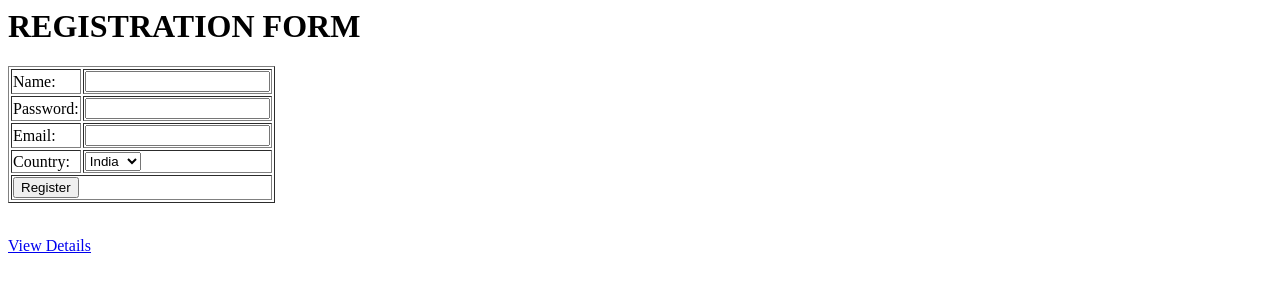
Repository: ErNitesh-d/java-program
Page: JAVA PROJECTS/New_Servl/WebContent/register.html
An editor plug-in stored every save of this project. The page is shown before and after the next save, followed by the edit.
The browser window is 1280 px wide. The pictures show the whole page.

Above is the page before, as saved 2022-09-30 16:04:34.

### JAVA PROJECTS/New_Servl/WebContent/register.html
<html>
<head>
<meta charset="ISO-8859-1">
<title> program </title>
</head>
<body>
<h1> REGISTRATION FORM </h1>
<form action="Register" method ="post" >
<table Border="1">
<tr>
 		<td> Name:</td>
 		<td><input type="text" name="name"/> </td>
</tr>
<tr>
 		<td> Password:</td>
 		<td> <input type="password" name="password"/> </td>
</tr>
<tr>
 		<td> Email:</td>
 		<td> <input type="email" name="email"/> </td>
</tr>
<tr>
<td>Country:</td>
<td>
		<select name="country">
		<option>India</option>
		<option>USA</option>
		<option>UK</option>
		 <option>Other</option>
 		</select>
 </td>
 </tr>
 <tr>
 	<td colspan="2"><input type="submit" value="Register"/></td>
 </tr>
 </table>
 </form>
 <br/>
 		<a href="RegDeatil.jsp">View Details</a>
</body>
</html>

After the next save:
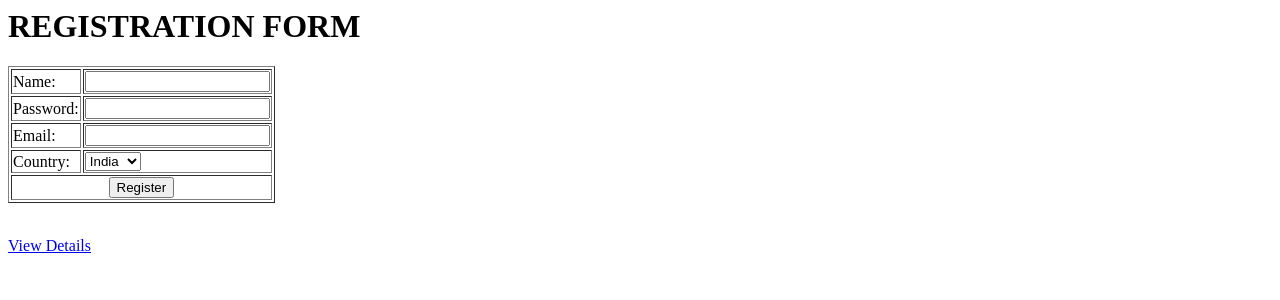
Saved 28 s later.
--- a/JAVA PROJECTS/New_Servl/WebContent/register.html
+++ b/JAVA PROJECTS/New_Servl/WebContent/register.html
@@ -31,7 +31,7 @@
  </td>
  </tr>
  <tr>
- 	<td colspan="2"><input type="submit" value="Register"/></td>
+ 	<td colspan="2"><center><input type="submit" value="Register"/></td></center>
  </tr>
  </table>
  </form>
